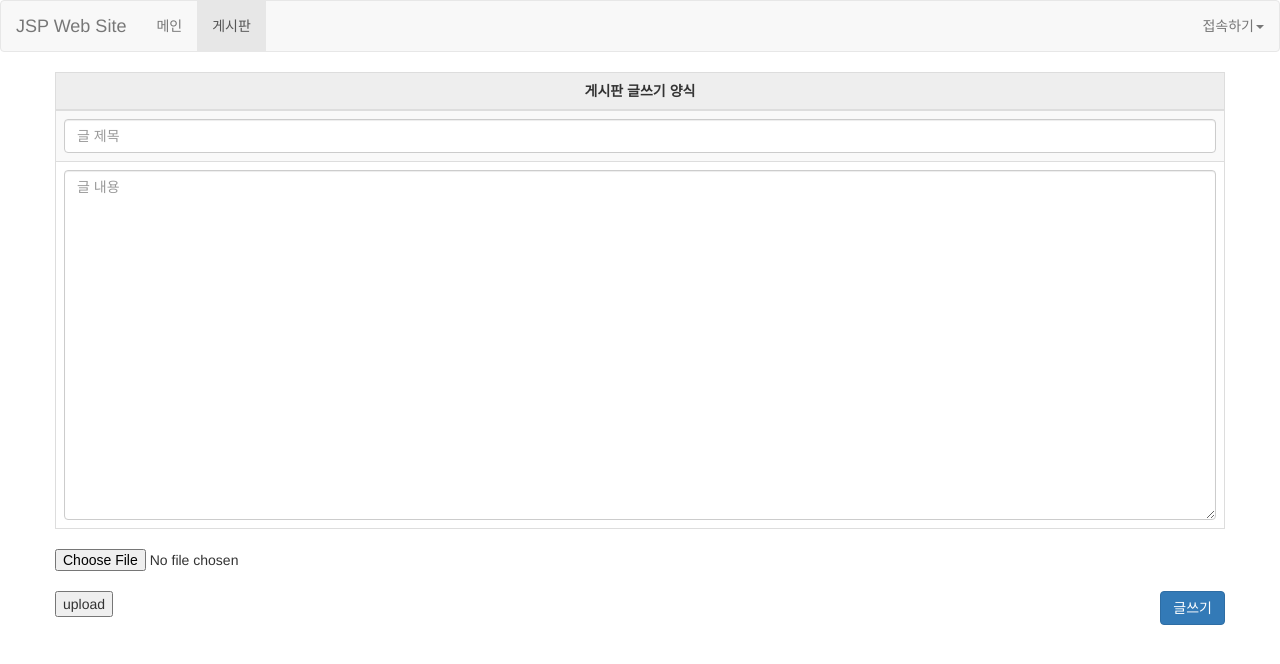
Repository: seung-kook/JSPBBSUPLOAD
Page: http://localhost/BBS/write.jsp
The author's editor kept a copy of each file at every save. The page is drawn from the files as they stood at one save, then again after the next save.
The browser window is 1280 px wide. The pictures show the whole page.
Some web libraries are served in a nearby version. The page is served by Tomcat 9. Other server files are loaded and not shown.

Above is the page before, as saved 2022-03-15 00:53:13.

### BBS/src/main/webapp/write.jsp
<%@ page language="java" contentType="text/html; charset=UTF-8"
    pageEncoding="UTF-8"%>
<%@ page import="java.io.PrintWriter" %>
<!DOCTYPE html>
<html>
<head>
<meta http-equiv="Content-Type" content="text/html; charset=UTF-8">
<meta name="viewport" content="width=device-width, initial-scale=1">
<link rel="stylesheet" href="css/bootstrap.css">
<title>JSP Web Site</title>
</head>
<body>
	<%
		String userID = null;
		if (session.getAttribute("userID") != null) {
			userID = (String) session.getAttribute("userID");
		}
	%>
	<nav class="navbar navbar-default">
		<div class="navbar-header">
			<button type="button" class="navbar-toggle collapsed"
				data-toggle="collapse" data-target="#bs-example-navbar-collapse-1"
				aria-expanded="false">
				<span class="icon-bar"></span>
				<span class="icon-bar"></span>
				<span class="icon-bar"></span>
			</button>
			<a class="navbar-brand" href="main.jsp">JSP Web Site</a>
		</div>
		<div class="collapse navbar-collapse" id="bs-example-navbar-collapse-1">
			<ul class="nav navbar-nav">
				<li><a href="main.jsp">메인</a></li>
				<li class="active"><a href="bbs.jsp">게시판</a></li>
			</ul>
			<%
				if(userID == null) {
			%>
			<ul class="nav navbar-nav navbar-right">
				<li class="dropdown">
					<a href="#" class="dropdown-toggle"
						data-toggle="dropdown" role="button" aria-haspopup="true"
						aria-expanded="false">접속하기<span class="caret"></span></a>
					<ul class="dropdown-menu">
						<li><a href="login.jsp">로그인</a></li>
						<li><a href="join.jsp">회원가입</a></li>
					</ul>
				</li>
			</ul>
			<%
				} else {
			%>
			<ul class="nav navbar-nav navbar-right">
				<li class="dropdown">
					<a href="#" class="dropdown-toggle"
						data-toggle="dropdown" role="button" aria-haspopup="true"
						aria-expanded="false">회원관리<span class="caret"></span></a>
					<ul class="dropdown-menu">
						<li><a href="logoutAction.jsp">로그아웃</a></li>
					</ul>
				</li>
			</ul>
			<%
				}
			%>
		</div>
	</nav>
	<div class="container">
		<div class="row">
			<form method="post" action="writeAction.jsp">
				<table class="table table-striped" style="text-align: center; border: 1px solid #dddddd">
					<thead>
						<tr>
							<th colspan="2" style="background-color: #eeeeee; text-align: center;">게시판 글쓰기 양식</th>
						</tr>
					</thead>
					<tbody>
						<tr>
							<td><input type="text" class="form-control" placeholder="글 제목" name="bbsTitle" maxlength="50"></td>
						</tr>
						<tr>
							<td><textarea class="form-control" placeholder="글 내용" name="bbsContent" maxlength="2048" style="height: 350px;"></textarea></td>
						</tr>
					</tbody>
				</table>
				<form method="post" action="writeAction.jsp enctype="multipart/form-data">
				<input type="file" name="file"><br>
				<input type="submit" value="upload">
				<input type="submit" class="btn btn-primary pull-right" value="글쓰기">
			</form>
		</div>
	</div>
	<script src="https://code.jquery.com/jquery-3.1.1.min.js"></script>
	<script src="js/bootstrap.js"></script>
</body>
</html>

Loaded but not shown: BBS/src/main/webapp/css/bootstrap.css (library); BBS/src/main/webapp/js/bootstrap.js (library)

After the next save:
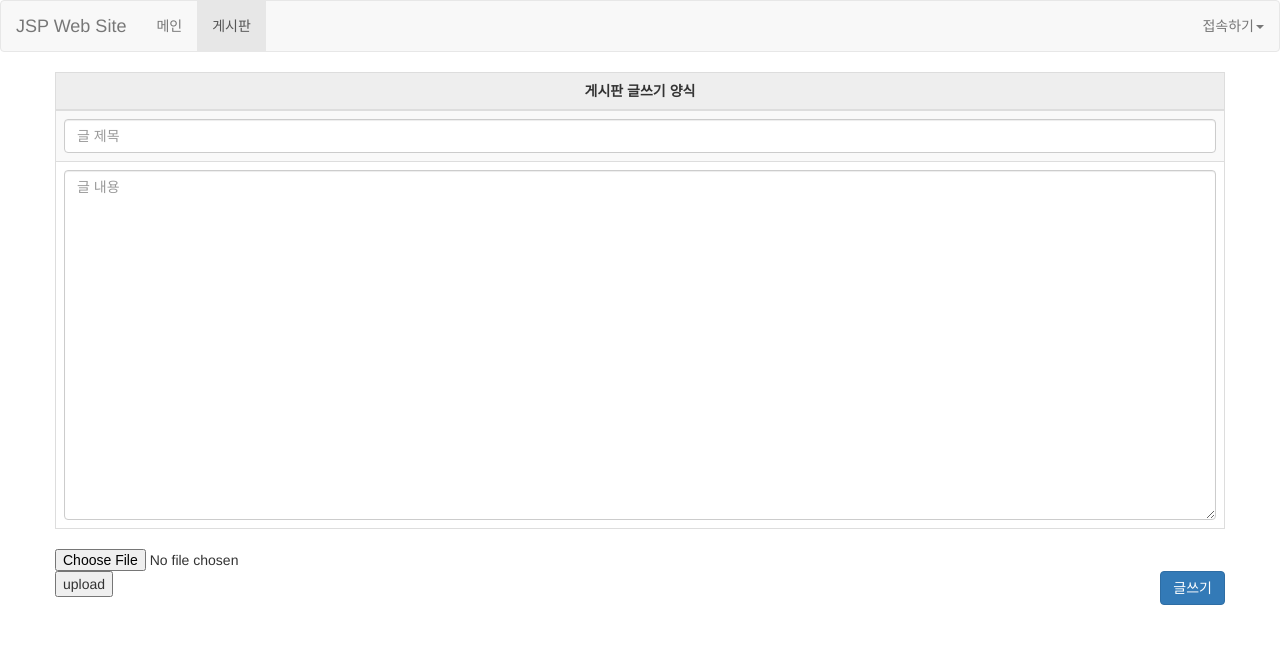
Saved 16 s later.
--- a/BBS/src/main/webapp/write.jsp
+++ b/BBS/src/main/webapp/write.jsp
@@ -83,7 +83,7 @@
 					</tbody>
 				</table>
 				<form method="post" action="writeAction.jsp enctype="multipart/form-data">
-				<input type="file" name="file"><br>
+				<input type="file" name="file">
 				<input type="submit" value="upload">
 				<input type="submit" class="btn btn-primary pull-right" value="글쓰기">
 			</form>

After the save that followed:
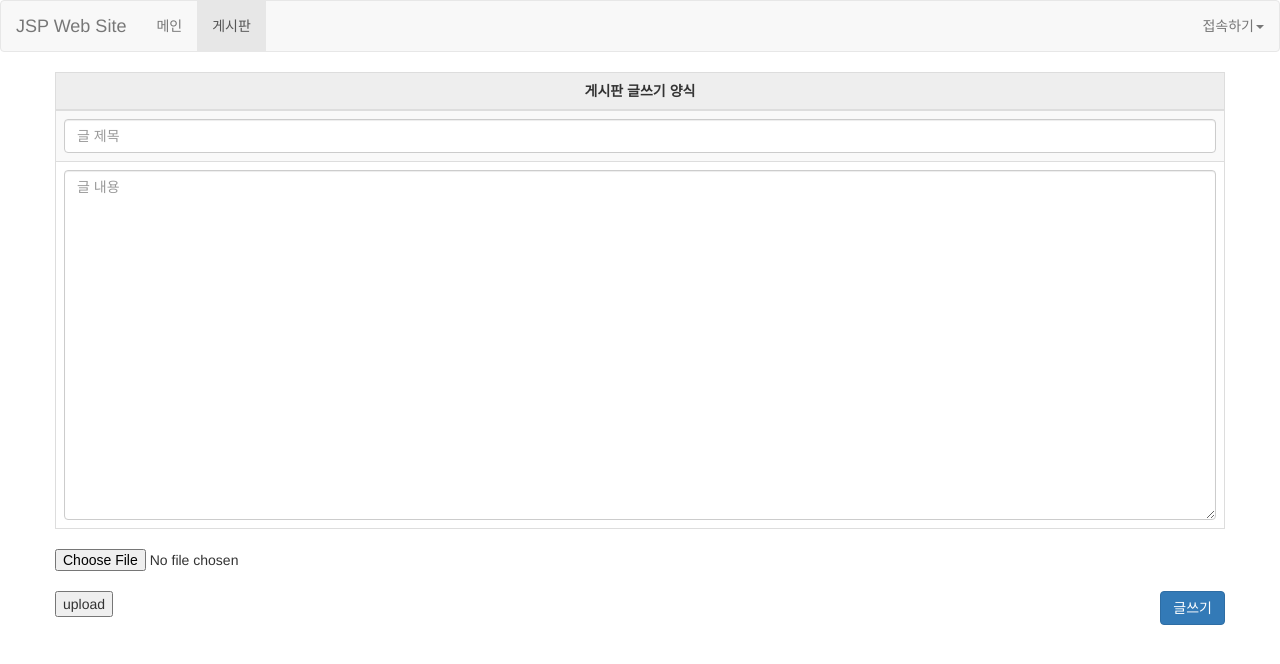
Saved 11 s later.
--- a/BBS/src/main/webapp/write.jsp
+++ b/BBS/src/main/webapp/write.jsp
@@ -83,7 +83,7 @@
 					</tbody>
 				</table>
 				<form method="post" action="writeAction.jsp enctype="multipart/form-data">
-				<input type="file" name="file">
+				<input type="file" name="file"><br>
 				<input type="submit" value="upload">
 				<input type="submit" class="btn btn-primary pull-right" value="글쓰기">
 			</form>
